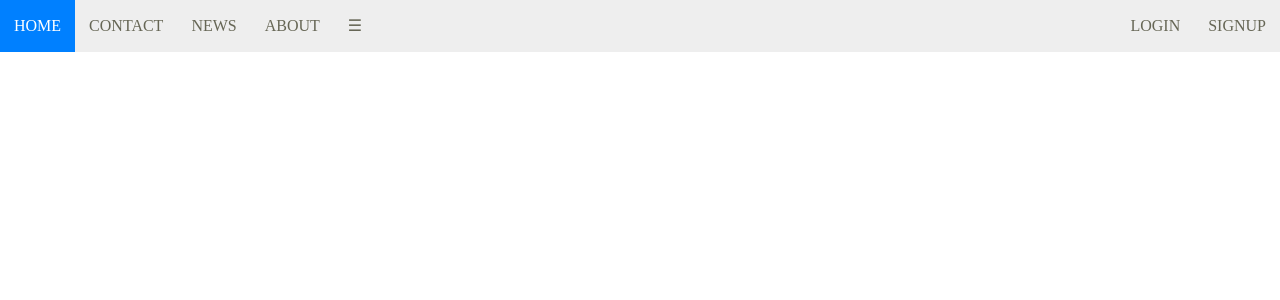
Repository: jesar-enl/My-CSS-Website
Page: index.html
An editor plug-in stored every save of this project. The page is shown before and after a run of saves, followed by the edit.
The browser window is 1280 px wide. The pictures show the whole page.
The pointer rests on the first visible `ul.topnav li a`.

Above is the page before, as saved 2022-07-26 12:49:07.

### index.html
<!DOCTYPE html>
<html lang="en">
  <head>
    <meta charset="UTF-8" />
    <meta http-equiv="X-UA-Compatible" content="IE=edge" />
    <meta name="viewport" content="width=device-width, initial-scale=1.0" />
    <title>My CSS website</title>
    <link rel="stylesheet" href="style.css" />
  </head>
  <body>
    <nav>
      <ul class="topnav">
        <li><a href="#home">Home</a></li>
        <li><a href="#contact">Contact</a></li>
        <li><a href="#news">News</a></li>
        <li><a href="#about">About</a></li>
        <li class="topnav-right"><a href="#signup">SignUp</a></li>
        <li class="topnav-right"><a href="#login">LogIn</a></li>

        <!--
          This unicode is called 'Trigram for Heaven'.
          It can be used to hide the menu when we shrink the screen to a mobile sized.

          Thousands of unicode characters can be accessed from the unicode table 'https://unicode-table.com/en/'
        -->

        <li><a href="">&#9776;</a></li>
      </ul>
    </nav>
  </body>
</html>

### style.css
/* ########## Defaults ########### */

nav,
header,
footer {
  display: block;
}

body {
  line-height: 1.5;
  margin: 0;
}

/* ######### Navigation Bar ######## */

nav {
  width: 100%;
  margin: 0;
}

nav ul {
  background-color: #eee;
  overflow: hidden;
  margin: 0;
  padding: 0;
}
/* the list-style removes the bullet points from the list items */
ul.topnav li {
  list-style: none;
  float: left;
}

ul.topnav li.topnav-right {
  float: right;
}

ul.topnav li a {
  display: block;
  text-decoration: none;
  min-height: 1.5rem;
  text-align: center;
  padding: 14px;
  text-transform: uppercase;
  color: #665;
}

ul.topnav li a:hover {
  background-color: #0080ff;
  color: #fff;
}

After the next 2 saves:
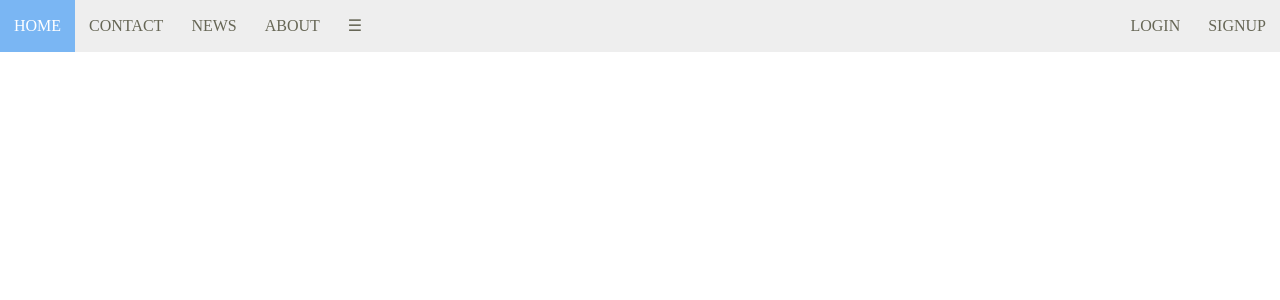
The 2 saves are shown as one change because they came seconds apart.
The last was saved 80 s later.
--- a/style.css
+++ b/style.css
@@ -45,6 +45,6 @@ ul.topnav li a {
 }
 
 ul.topnav li a:hover {
-  background-color: #0080ff;
+  background-color: #7ab6f3;
   color: #fff;
 }
